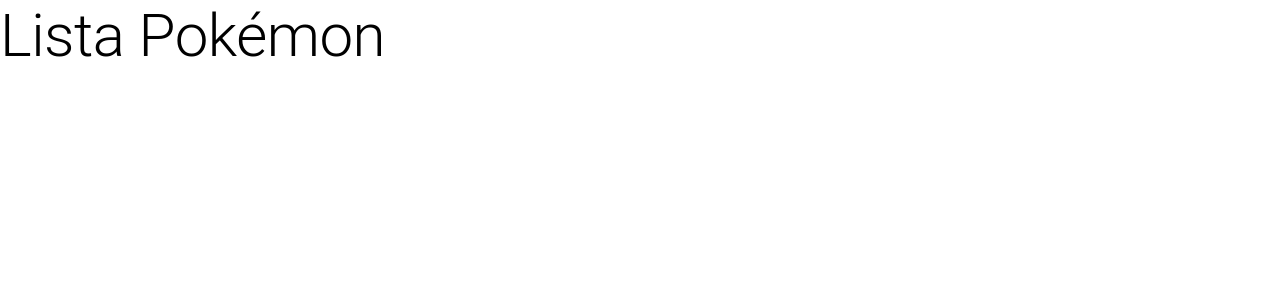
Repository: lenx0/PokeWiki-Front
Page: /
These files come from the project's save history. The page is drawn as it stood at one moment and after the next save; the edit follows.
The browser window is 1280 px wide. The pictures show the whole page.
The page's requests for data from a server got no answer. The project was rebuilt for these pictures with package versions that can differ from the ones it lists, and the page was loaded fresh each time. The framework's server and built-in components were replaced by stand-ins that run in the browser. No one was signed in, and anything a server would have sent is missing. Also part of the build but not shown: next.config.mjs.

Above is the page before, as saved 2024-02-13 19:20:46.

After the next save:
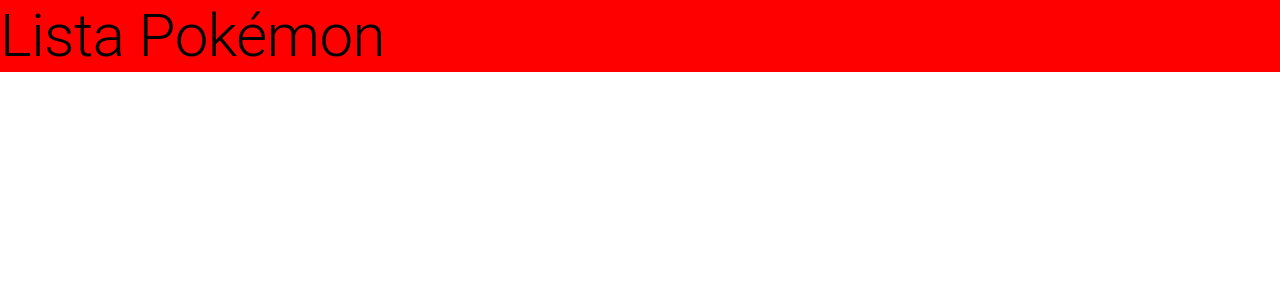
Saved 9 s later.
--- a/src/app/pages/PokemonList/page.jsx
+++ b/src/app/pages/PokemonList/page.jsx
@@ -4,7 +4,7 @@
 export default function PokemonList() {
   return (
     <Grid container>
-      <Grid item xs={12} sm={12} md={12}>
+      <Grid item xs={12} sm={12} md={12} backgroundColor="red">
         <Typography variant="h2">Lista Pokémon</Typography>
       </Grid>
       <Cards />
